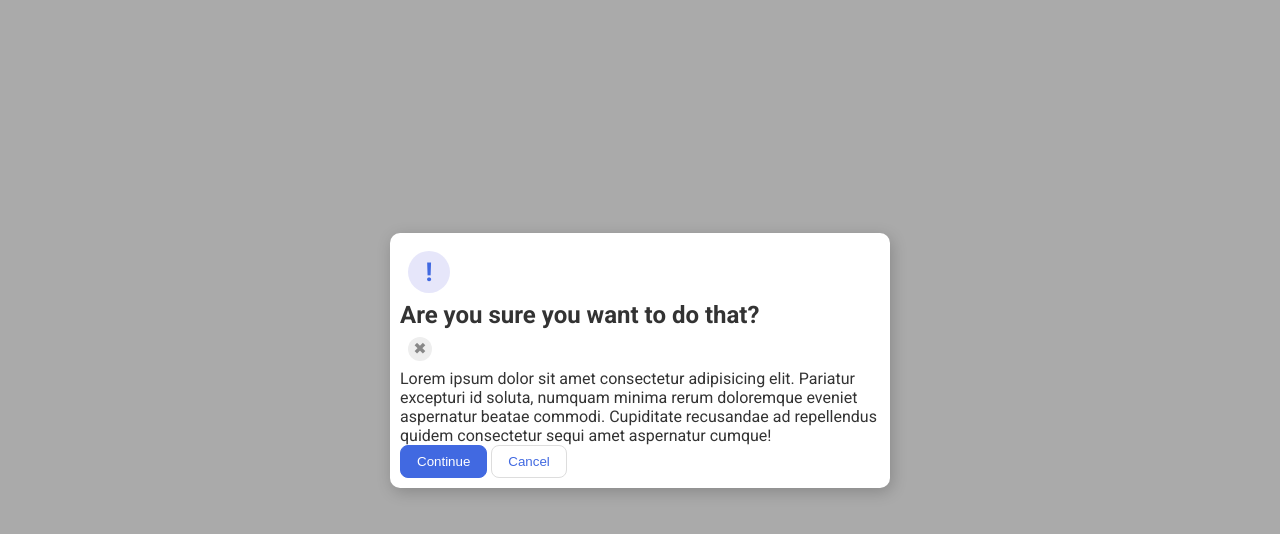
Repository: evemcd/odin_project
Page: 06-odin-css-flex/05-flex-modal/index.html
These files come from the project's save history. The page is drawn as it stood at one moment and after the next save; the edit follows.
The browser window is 1280 px wide. The pictures show the whole page.

Above is the page before, as saved 2022-02-03 09:55:49.

After the next save:
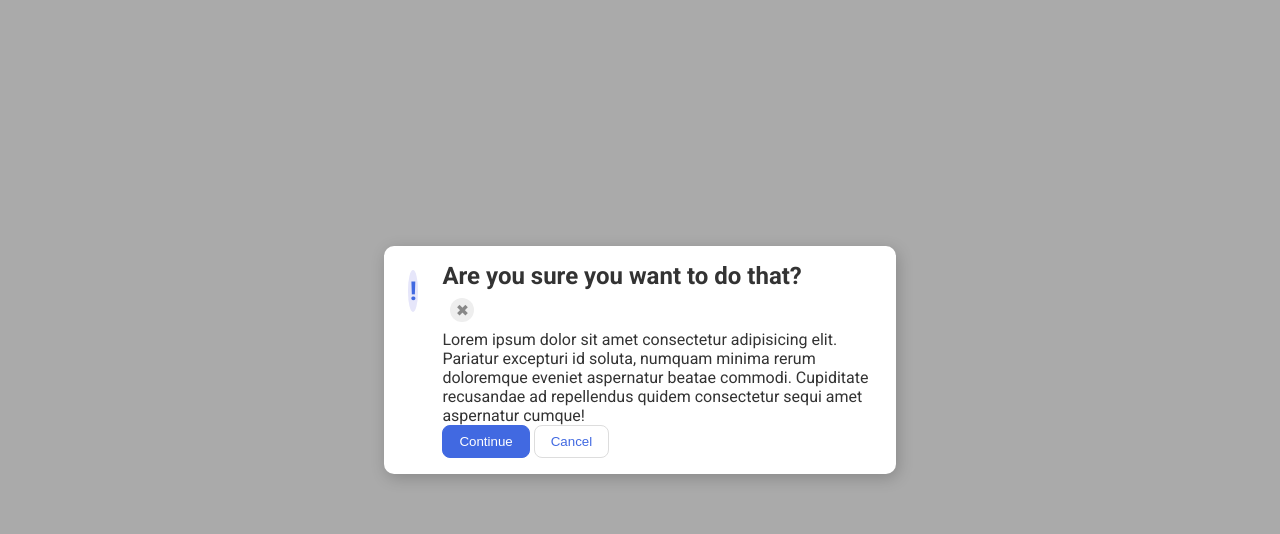
Saved 47 s later.
--- a/06-odin-css-flex/05-flex-modal/style.css
+++ b/06-odin-css-flex/05-flex-modal/style.css
@@ -21,7 +21,9 @@ body {
     width: 480px;
     border-radius: 10px;
     box-shadow: 2px 4px 16px rgba(0, 0, 0, .2);
-    padding: 10px;
+    padding: 16px;
+    display: flex;
+    gap: 16px;
 }
 
 .icon {
